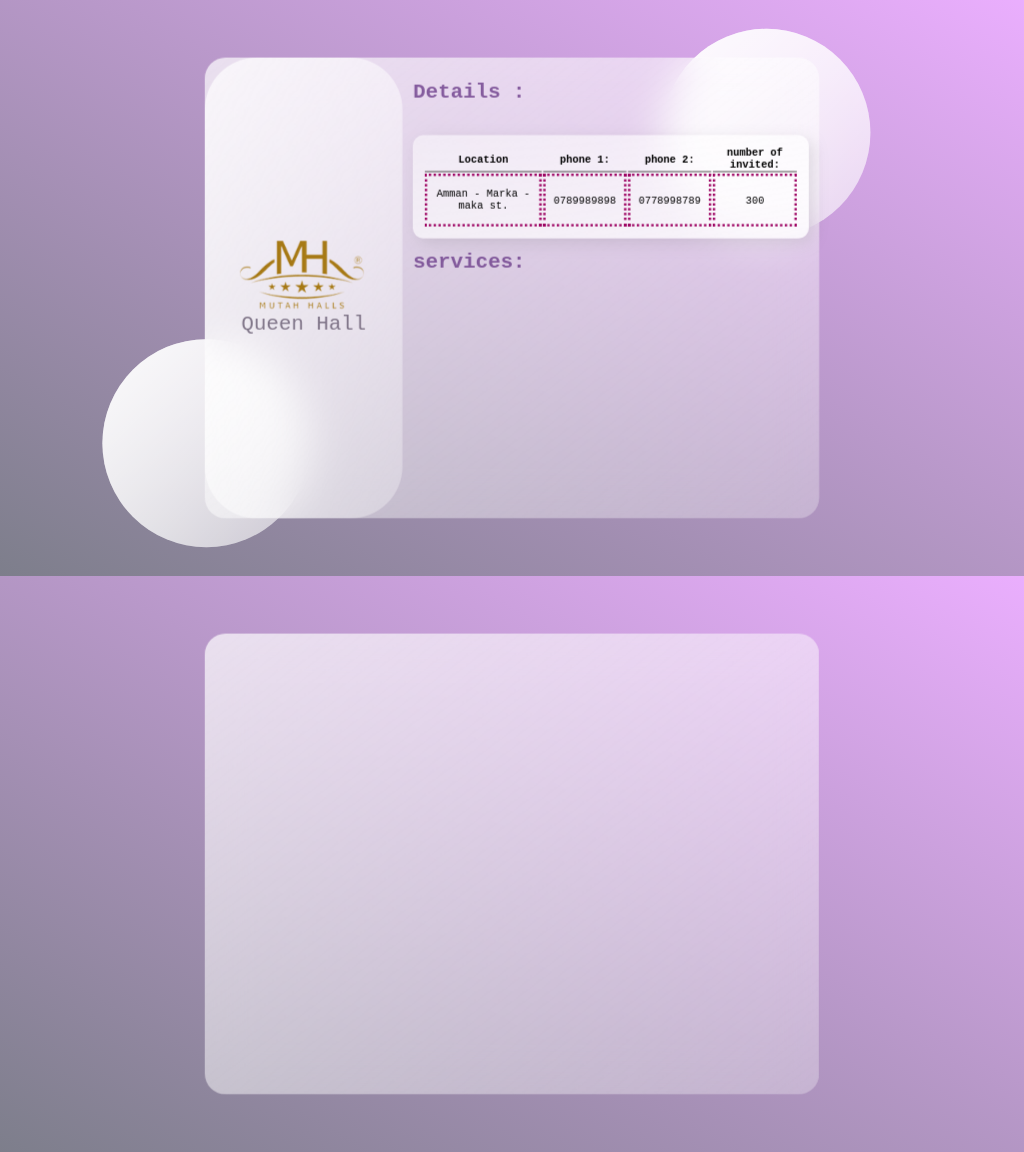
Repository: special4Party/Graduation-project-wedding-hall
Page: include/temp/hall_profile.html
The author's editor kept a copy of each file at every save. The page is drawn from the files as they stood at one save, then again after the next save.
The browser window is 1280 px wide. The pictures show the whole page, at 80% of full size.

Above is the page before, as saved 2022-04-29 23:22:51.

After the next save:
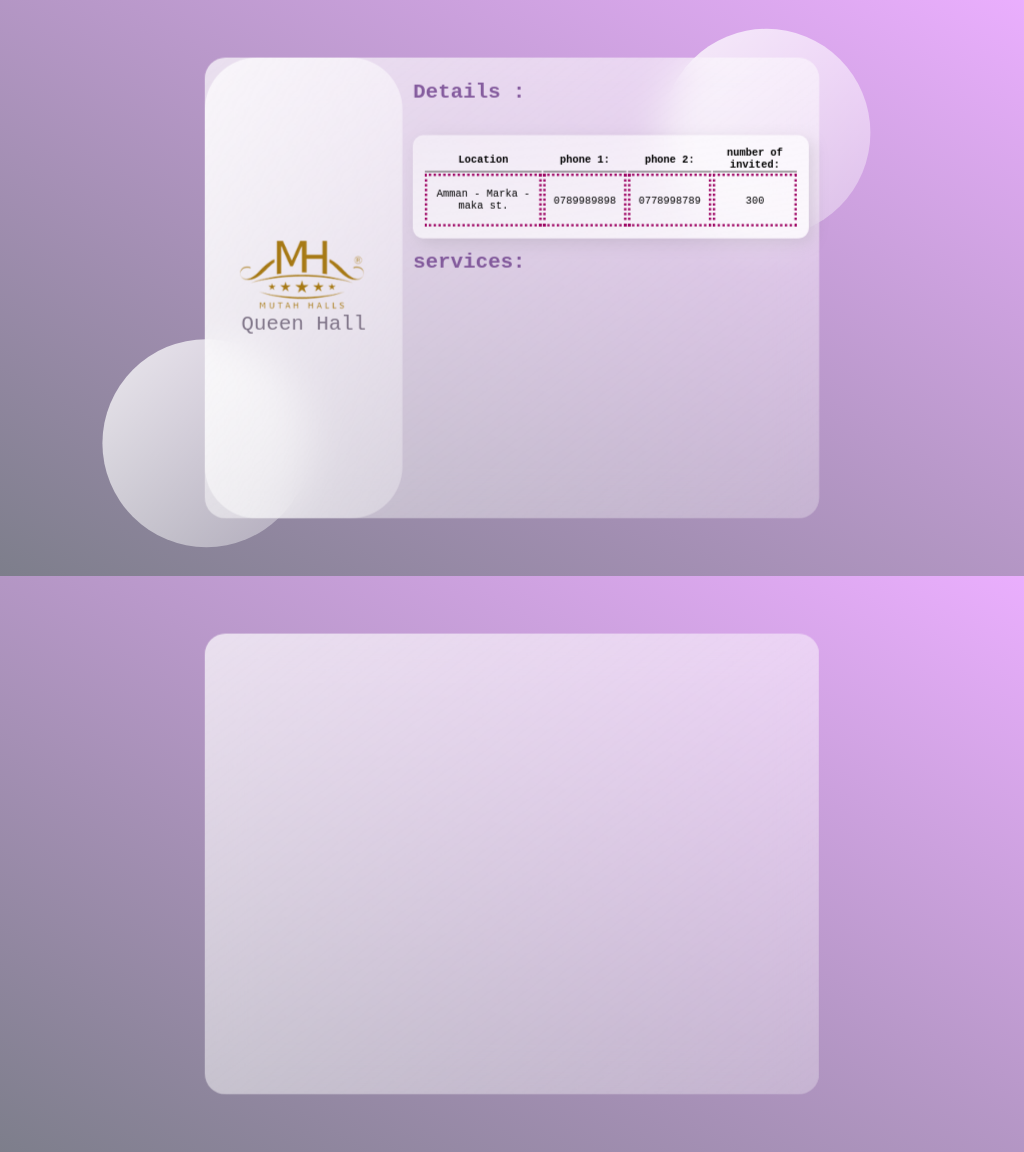
Saved 8 s later.
--- a/include/temp/hall_profile.html
+++ b/include/temp/hall_profile.html
@@ -62,7 +62,5 @@
       </main>
       <div class="circle1"></div>
       <div class="circle2"></div>
-      <div class="circle1"></div>
-      <div class="circle2"></div>
 </body>
 </html>
